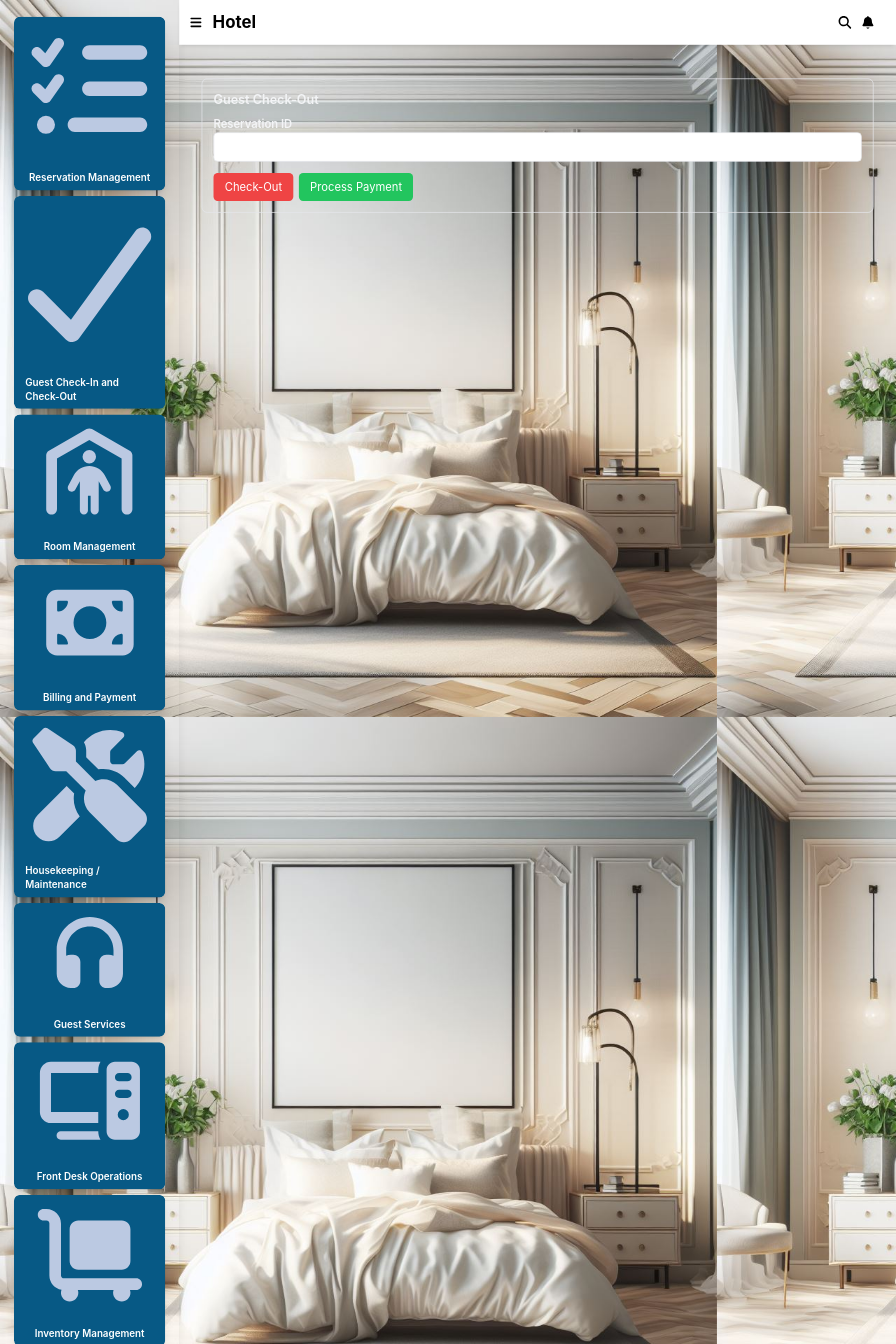
Repository: musabismael/Hotel
Page: /guestCheckInOut
An editor plug-in stored every save of this project. The page is shown before and after the next save, followed by the edit.
The browser window is 1280 px wide. The pictures show the part of the page from y = 0 to 1920 px (the page is 3016 px tall), at 70% of full size.
The project was rebuilt for these pictures with package versions that can differ from the ones it lists, and the page was loaded fresh each time. Also part of the build but not shown: vite.config.js, src/App.css, src/pages/ReservationManagement.jsx, src/pages/RoomManagement.jsx, src/pages/BillingPayment.jsx, src/pages/HousekeepingMaintenance.jsx, src/pages/GuestServices.jsx, src/pages/FrontDeskOperations.jsx and 5 more.

Above is the page before, as saved 2023-10-01 17:23:09.

### index.html
<!doctype html>
<html lang="en">
  <head>
    <meta charset="UTF-8" />
    <link rel="icon" type="image/svg+xml" href="/vite.svg" />
    <meta name="viewport" content="width=device-width, initial-scale=1.0" />
    <title>Hotel</title>
  </head>
  <body>
    <div id="root"></div>
    <script type="module" src="/src/main.jsx"></script>
  </body>
</html>

### src/App.jsx
import "./App.css";
import { createBrowserRouter } from "react-router-dom";
import { RouterProvider } from "react-router";
import LandingPageLayout from "./layouts/LandingPageLayout";
import ReservationManagement from "./pages/ReservationManagement";
import GuestCheckInOut from "./pages/GuestCheckInOut";
import RoomManagement from "./pages/RoomManagement";
import BillingPayment from "./pages/BillingPayment";
import HousekeepingMaintenance from "./pages/HousekeepingMaintenance";
import GuestServices from "./pages/GuestServices";
import FrontDeskOperations from "./pages/FrontDeskOperations";
import InventoryManagement from "./pages/InventoryManagement";
import ReportingAnalytics from "./pages/ReportingAnalytics";
import SecurityAccessControl from "./pages/SecurityAccessControl";
import PointOfSale from "./pages/PointOfSale";
import CRM from "./pages/CRM"; // Import the CRM component
const router = createBrowserRouter([
  {
    path: "/",
    element: <LandingPageLayout />,
    children: [
      {
        path: "/reservation_management",
        element: <ReservationManagement />,
      },
      {
        path: "/guestCheckInOut",
        element: <GuestCheckInOut />,
      },
      {
        path: "/billing_and_payment",
        element: <BillingPayment />,
      },
      {
        path: "/room_management",
        element: <RoomManagement />,
      },
      {
        path: "/housekeeping_maintenance",
        element: <HousekeepingMaintenance />,
      },
      {
        path: "/guest_services",
        element: <GuestServices />,
      }, {
        path: "/desk_operations",
        element: <FrontDeskOperations />,
      }, {
        path: "/security_control",
        element: <SecurityAccessControl />,
      },
      {
        path: "/reporting_and_analytics",
        element: <ReportingAnalytics />,
      }, {
        path: "/inventory_management",
        element: <InventoryManagement />,
      },
      {
        path: "/pos",
        element: <PointOfSale />,
      },
      {
        path: "/crm",
        element: <CRM />,
      },
    ],
  },
]);

const App = () => <RouterProvider router={router} />;
export default App;

### src/index.css
@tailwind base;
@tailwind components;
@tailwind utilities;

:root {
  font-family: Inter, system-ui, Avenir, Helvetica, Arial, sans-serif;
  line-height: 1.5;
  font-weight: 400;
  background-image: url("cover.jpeg"), url("cover.jpeg");
  background-color:#397398;

  font-synthesis: none;
  text-rendering: optimizeLegibility;
  -webkit-font-smoothing: antialiased;
  -moz-osx-font-smoothing: grayscale;
  -webkit-text-size-adjust: 100%;
}

### src/layouts/LandingPageLayout.jsx
import { Outlet } from "react-router";
import Header from "../component/Header";
import Sidebar from "../component/Sidebar";
const LandingPageLayout = () => {
  return (
    <div className="flex #3d7c9f">
      <Sidebar />

      <div className="flex-1">
        <Header />
        <main className="p-4">
          <Outlet />
        </main>
      </div>
    </div>
  );
};

export default LandingPageLayout;

### src/pages/GuestCheckInOut.jsx
import React, { useState } from 'react';

const GuestCheckOut = () => {
  const [reservationId, setReservationId] = useState('');
  const [isCheckedOut, setIsCheckedOut] = useState(false);
  const [reservationData, setReservationData] = useState(null);
  const [error, setError] = useState('');
  const [bill, setBill] = useState(0);
  const [feedback, setFeedback] = useState('');

  const handleCheckOut = () => {
    // Simulate a check-out process here (replace with actual logic)
    const foundReservation = findCheckedInReservationById(reservationId);

    if (foundReservation) {
      // Calculate the bill and additional charges
      const additionalCharges = calculateAdditionalCharges(foundReservation);
      const totalBill = foundReservation.totalCost + additionalCharges;

      // Update the reservation status to "Checked-Out"
      foundReservation.status = 'Checked-Out';
      setReservationData(foundReservation);
      setBill(totalBill);
      setIsCheckedOut(true);
      setError('');
    } else {
      setError('Reservation not found or is not checked in.');
    }
  };

  const findCheckedInReservationById = (id) => {
    // Replace this with a function to search for checked-in reservations in your data
    const reservations = [
      // Sample reservations data
      { id: '123', name: 'John Doe', status: 'Checked-In', totalCost: 200 },
      { id: '456', name: 'Jane Smith', status: 'Pending', totalCost: 150 },
    ];

    return reservations.find((reservation) => reservation.id === id && reservation.status === 'Checked-In');
  };

  const calculateAdditionalCharges = (reservation) => {
    // Simulated function to calculate additional charges (e.g., room service, minibar)
    return Math.random() * 50; // Replace with actual calculation
  };

  const handleFeedbackSubmit = () => {
    // Simulate sending guest feedback (replace with actual logic)
    console.log('Feedback submitted:', feedback);
    // Reset the feedback form
    setFeedback('');
  };

  const handlePayment = () => {
    // Simulate payment processing logic here
    const paymentSuccessful = Math.random() < 0.9; // 90% success rate
    if (paymentSuccessful) {
      // Payment successful, finalize the check-out process
      alert('Payment successful! Guest checked out.');
      // You can perform additional actions here, such as marking the room as vacant.
      setIsCheckedOut(true);
    } else {
      // Payment failed, show an error message
      setError('Payment failed. Please try again.');
    }
  };

  return (
    <div className="container mx-auto p-4">
      <div className="my-4 p-4 border rounded-lg">
        <h2 className="text-lg text-gray-100 font-semibold">Guest Check-Out</h2>
        <form onSubmit={handleCheckOut} className="mt-2">
          <div className="mb-4">
            <label htmlFor="reservationId" className="block text-gray-100 font-semibold">
              Reservation ID
            </label>
            <input
              type="text"
              id="reservationId"
              className="w-full border rounded-md py-2 px-3"
              value={reservationId}
              onChange={(e) => setReservationId(e.target.value)}
            />
          </div>
          <button type="submit" className="bg-red-500 text-white py-2 px-4 rounded-md">
            Check-Out
          </button>
          <button
            type="button"
            onClick={handlePayment}
            className="bg-green-500 text-white py-2 px-4 rounded-md ml-2"
          >
            Process Payment
          </button>
        </form>
        {error && <p className="text-red-500 mt-2">{error}</p>}
        {isCheckedOut && (
          <div className="mt-4">
            <p className="text-red-500">
              Guest {reservationData.name} has been successfully checked out.
            </p>
            <p>Check-Out Date: {new Date().toLocaleString()}</p>
            <h3 className="text-gray-100 mt-2">Bill Summary:</h3>
            <p>Room Charges: ${reservationData.totalCost}</p>
            <p>Additional Charges: ${bill - reservationData.totalCost}</p>
            <p>Total Bill: ${bill}</p>
            <h3 className="text-gray-100 mt-4">Guest Feedback:</h3>
            <textarea
              className="w-full border rounded-md py-2 px-3"
              rows="4"
              value={feedback}
              onChange={(e) => setFeedback(e.target.value)}
            />
            <button
              type="button"
              onClick={handleFeedbackSubmit}
              className="bg-blue-500 text-white py-2 px-4 rounded-md mt-2"
            >
              Submit Feedback
            </button>
            {/* Payment handling, receipt generation, room inspection, key return, etc., can be added here */}
          </div>
        )}
      </div>
    </div>
  );
};

export default GuestCheckOut;

### src/component/Header.jsx
import { FontAwesomeIcon } from "@fortawesome/react-fontawesome";
import { faBars, faBell, faSearch } from "@fortawesome/free-solid-svg-icons";

function Header() {
  return (
    <header className="bg-white shadow-md p-4 flex justify-between items-center sticky top-0 w-full ">
      <div className="flex items-center">
        <FontAwesomeIcon
          icon={faBars}
          className="text-black mr-4 text-lg color"
        />
        <h1 className="text-2xl font-bold text-black">Hotel</h1>
      </div>
      <div className="flex items-center">
        <FontAwesomeIcon icon={faSearch} className="text-black text-lg mr-4" />
        <FontAwesomeIcon icon={faBell} className="text-black text-lg mr-4" />

        {/* Add other icons or elements on the right side here */}
      </div>
    </header>
  );
}

export default Header;

### src/component/Sidebar.jsx
import Card from "./Card";
import {
  faPersonShelter,
  faListCheck,
  faCheck,
  faMoneyBill,
  faScrewdriverWrench,
  faHeadphones,
  faComputer,
  faCartFlatbed,
  faPersonMilitaryPointing,
  faChartBar,
  faKey,
  faBookmark

} from "@fortawesome/free-solid-svg-icons";

const Sidebar = () => {
  const cardData = [
    {
      id: 1,
      title: "Reservation Management",
      description:
        "Online booking, availability calendar, and booking modification.",
      icon: faListCheck,
      link: "/reservation_management",
    },
    {
      id: 2,
      title: "Guest Check-In and Check-Out",
      description: "Guest registration, check-out, and key card issuance.",
      icon: faCheck,
      link: "/GuestCheckInOut",
    },
    {
      id: 3,
      title: "Room Management",
      description: "Room assignment, status updates, and inventory tracking.",
      icon: faPersonShelter,
      link: "/room_Management",
    },
    {
      id: 4,
      title: "Billing and Payment",
      description: "Invoicing, payment processing, and split billing.",
      icon: faMoneyBill,
      link: "/billing_and_payment",
    },
    {
      id: 5,
      title: "Housekeeping / Maintenance",
      description:
        "Housekeeping schedule, maintenance requests, and inventory management.",
      icon: faScrewdriverWrench,
      link: "/housekeeping_maintenance",
    },
    {
      id: 6,
      title: "Guest Services",
      description:
        "Concierge services, room service, wake-up calls, and laundry services.",
      icon: faHeadphones,
      link: "/guest_services",
    },
    {
      id: 7,
      title: "Front Desk Operations",
      description: "Guest inquiries, check-in/out, and guest profile access.",
      icon: faComputer,
      link: "/desk_operations",
    },
    {
      id: 8,
      title: "Inventory Management",
      description: "Managing hotel supplies and amenities.",
      icon: faCartFlatbed,
      link: "/inventory_management",
    },
    {
      id: 9,
      title: "Reporting and Analytics",
      description: "Generate reports on occupancy, revenue, and key metrics.",
      icon: faChartBar,
      link: "/reporting_and_analytics",
    },

    {
      id: 10,
      title: "Security and Access Control",
      description: "Surveillance camera integration and access control.",
      icon: faKey,
      link: "/security_control",
    },
    {
      id: 11,
      title: "Point of Sale (POS)",
      description:
        "Integration with on-site restaurants, bars, and gift shops.",
      icon: faBookmark,
      link: "/pos",
    },

    {
      id: 12,
      title: "Customer Relationship Management (CRM)",
      description: "Guest profiles, preferences, and loyalty programs.",
      icon: faPersonMilitaryPointing,
      link: "/crm",
    },

    // Add more service/feature objects here
  ];

  const handleCardClick = (id) => {
    console.log(`Card with ID ${id} clicked`);
  };
  return (
    <aside className="bg-white-700  w-1/5 min-h-screen p-4 mt-auto shadow-lg">
      <nav>
        {cardData.map((card) => (
          <Card
            key={card.id}
            link={card.link}
            icon={card.icon}
            title={card.title}
            onClick={() => handleCardClick(card.id)}
          />
        ))}
      </nav>
    </aside>
  );
};

export default Sidebar;

### src/component/Card.jsx
import { Link } from "react-router-dom";
import { FontAwesomeIcon } from "@fortawesome/react-fontawesome";
function Card({ link, icon, title, onClick }) {
  return (
    <div
      className="max-w-sm  mx-1 my-2 cursor-pointer shadow-lg rounded-lg overflow-hidden hover:shadow-xl transition duration-300 transform hover:scale-105"
      onClick={onClick}
    >
      <div className="bg-sky-800 rounded-lg overflow-hidden shadow-lg flex flex-col items-center justify-center">
        <Link to={link} className="text-blue-600 hover:text-blue-800">

          <FontAwesomeIcon
            icon={icon}
            size="2xs"
            className=" w-auto p-5 h-auto object-cover"
            style={{color: "#bbc9e2",}}
          />

          <div className="px-4 py-2 items-center">
            <h3 className=" text-white text-sm  flex flex-col text-ellipsis items-center font-semibold">
              {title}
            </h3>
            {/* Add more content or description here if needed */}
          </div>
        </Link>
      </div>
    </div>
  );
}

export default Card;

### tailwind.config.js
/** @type {import('tailwindcss').Config} */
export default {
  content: [
    "./index.html",
    "./src/**/*.{js,ts,jsx,tsx}",
  ],
  theme: {
    extend: {
      fontFamily: {
        'custom': ['CustomFont', 'sans'],
      },
      textColor: {
        'custom': '#333333', // Custom text color
      },
    },
  },
  plugins: [],
}

Loaded but not shown: src/main.jsx (common file)

After the next save:
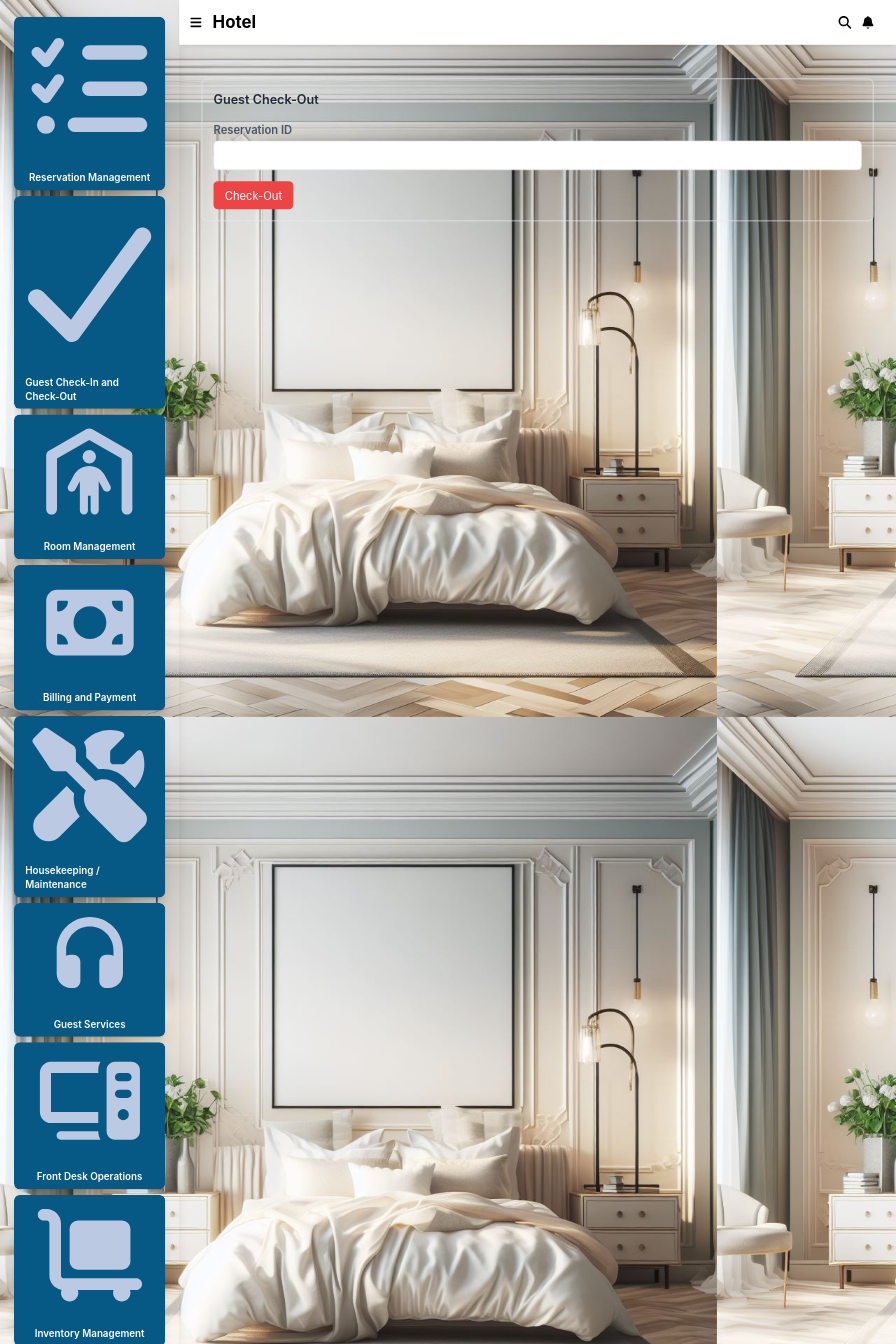
Saved 4 min 48 s later.
--- a/src/pages/GuestCheckInOut.jsx
+++ b/src/pages/GuestCheckInOut.jsx
@@ -7,6 +7,7 @@ const GuestCheckOut = () => {
   const [error, setError] = useState('');
   const [bill, setBill] = useState(0);
   const [feedback, setFeedback] = useState('');
+  const [isFeedbackSubmitted, setIsFeedbackSubmitted] = useState(false);
 
   const handleCheckOut = () => {
     // Simulate a check-out process here (replace with actual logic)
@@ -47,80 +48,87 @@ const GuestCheckOut = () => {
   const handleFeedbackSubmit = () => {
     // Simulate sending guest feedback (replace with actual logic)
     console.log('Feedback submitted:', feedback);
-    // Reset the feedback form
+    // Reset the feedback form and set a flag to indicate submission
     setFeedback('');
+    setIsFeedbackSubmitted(true);
   };
 
-  const handlePayment = () => {
-    // Simulate payment processing logic here
-    const paymentSuccessful = Math.random() < 0.9; // 90% success rate
-    if (paymentSuccessful) {
-      // Payment successful, finalize the check-out process
-      alert('Payment successful! Guest checked out.');
-      // You can perform additional actions here, such as marking the room as vacant.
-      setIsCheckedOut(true);
-    } else {
-      // Payment failed, show an error message
-      setError('Payment failed. Please try again.');
-    }
+  const handleNewCheckOut = () => {
+    // Reset the checkout form and flags for a new check-out
+    setReservationId('');
+    setIsCheckedOut(false);
+    setReservationData(null);
+    setError('');
+    setBill(0);
+    setFeedback('');
+    setIsFeedbackSubmitted(false);
   };
 
   return (
     <div className="container mx-auto p-4">
       <div className="my-4 p-4 border rounded-lg">
-        <h2 className="text-lg text-gray-100 font-semibold">Guest Check-Out</h2>
-        <form onSubmit={handleCheckOut} className="mt-2">
-          <div className="mb-4">
-            <label htmlFor="reservationId" className="block text-gray-100 font-semibold">
-              Reservation ID
-            </label>
-            <input
-              type="text"
-              id="reservationId"
-              className="w-full border rounded-md py-2 px-3"
-              value={reservationId}
-              onChange={(e) => setReservationId(e.target.value)}
-            />
-          </div>
-          <button type="submit" className="bg-red-500 text-white py-2 px-4 rounded-md">
-            Check-Out
-          </button>
-          <button
-            type="button"
-            onClick={handlePayment}
-            className="bg-green-500 text-white py-2 px-4 rounded-md ml-2"
-          >
-            Process Payment
-          </button>
-        </form>
-        {error && <p className="text-red-500 mt-2">{error}</p>}
-        {isCheckedOut && (
-          <div className="mt-4">
-            <p className="text-red-500">
-              Guest {reservationData.name} has been successfully checked out.
-            </p>
-            <p>Check-Out Date: {new Date().toLocaleString()}</p>
-            <h3 className="text-gray-100 mt-2">Bill Summary:</h3>
-            <p>Room Charges: ${reservationData.totalCost}</p>
-            <p>Additional Charges: ${bill - reservationData.totalCost}</p>
-            <p>Total Bill: ${bill}</p>
-            <h3 className="text-gray-100 mt-4">Guest Feedback:</h3>
-            <textarea
-              className="w-full border rounded-md py-2 px-3"
-              rows="4"
-              value={feedback}
-              onChange={(e) => setFeedback(e.target.value)}
-            />
+        <h2 className="text-lg text-gray-800 font-semibold mb-4">Guest Check-Out</h2>
+        {!isCheckedOut ? (
+          <form onSubmit={handleCheckOut} className="mt-2">
+            <div className="mb-4">
+              <label htmlFor="reservationId" className="block text-gray-600 font-semibold mb-1">
+                Reservation ID
+              </label>
+              <input
+                type="text"
+                id="reservationId"
+                className="w-full border rounded-md py-2 px-3"
+                value={reservationId}
+                onChange={(e) => setReservationId(e.target.value)}
+              />
+            </div>
+            <button type="submit" className="bg-red-500 text-white py-2 px-4 rounded-md">
+              Check-Out
+            </button>
+          </form>
+        ) : (
+          <>
+            <div className="mt-4">
+              <p className="text-green-600 font-semibold">
+                Guest {reservationData.name} has been successfully checked out.
+              </p>
+              <p className="text-gray-600">Check-Out Date: {new Date().toLocaleString()}</p>
+              <h3 className="text-gray-800 mt-4 font-semibold">Bill Summary:</h3>
+              <p className="text-gray-600">Room Charges: ${reservationData.totalCost}</p>
+              <p className="text-gray-600">Additional Charges: ${bill - reservationData.totalCost}</p>
+              <p className="text-gray-600">Total Bill: ${bill}</p>
+              {isFeedbackSubmitted ? (
+                <p className="text-green-600 mt-4">Thank you for your feedback!</p>
+              ) : (
+                <>
+                  <h3 className="text-gray-800 mt-4 font-semibold">Guest Feedback:</h3>
+                  <textarea
+                    className="w-full border rounded-md py-2 px-3"
+                    rows="4"
+                    placeholder="Provide feedback..."
+                    value={feedback}
+                    onChange={(e) => setFeedback(e.target.value)}
+                  />
+                  <button
+                    type="button"
+                    onClick={handleFeedbackSubmit}
+                    className="bg-blue-500 text-white py-2 px-4 rounded-md mt-2"
+                  >
+                    Submit Feedback
+                  </button>
+                </>
+              )}
+            </div>
             <button
               type="button"
-              onClick={handleFeedbackSubmit}
-              className="bg-blue-500 text-white py-2 px-4 rounded-md mt-2"
+              onClick={handleNewCheckOut}
+              className="bg-blue-500 text-white py-2 px-4 rounded-md mt-4"
             >
-              Submit Feedback
+              Start New Check-Out
             </button>
-            {/* Payment handling, receipt generation, room inspection, key return, etc., can be added here */}
-          </div>
+          </>
         )}
+        {error && <p className="text-red-500 mt-2">{error}</p>}
       </div>
     </div>
   );
